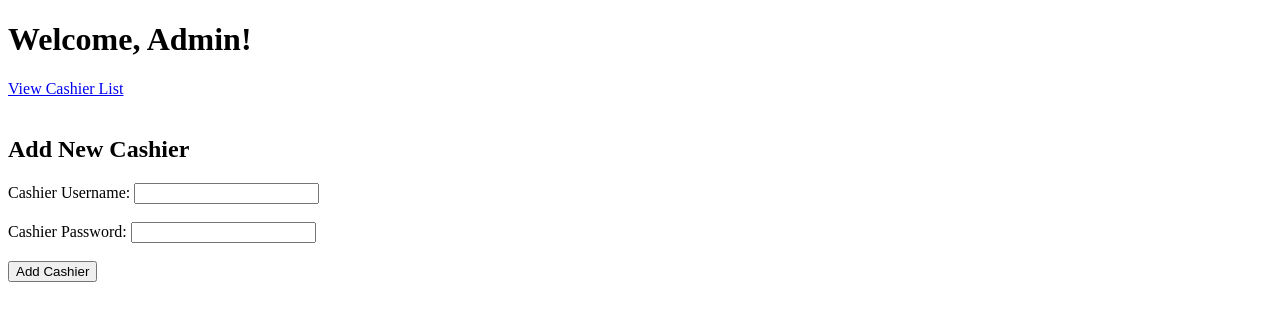
Repository: coder-jeshwanth/Billing_Management_System
Page: http://localhost/Bill_Management_System/adminDashboard.jsp
The author's editor kept a copy of each file at every save. The page is drawn from the files as they stood at one save, then again after the next save.
The browser window is 1280 px wide. The pictures show the whole page.
The page is served by Tomcat 9.

Above is the page before, as saved 2024-12-19 08:32:12.

After the next save:
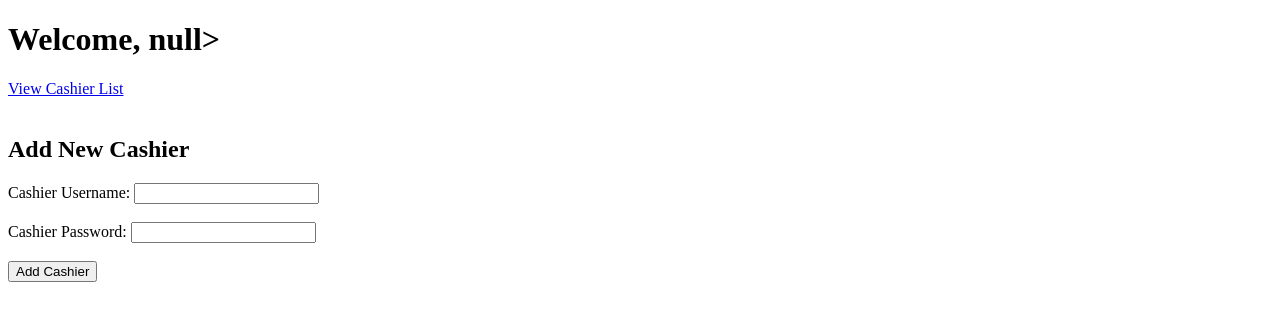
Saved 39 s later.
--- a/Bill_Management_System/src/main/webapp/adminDashboard.jsp
+++ b/Bill_Management_System/src/main/webapp/adminDashboard.jsp
@@ -7,7 +7,7 @@
 <body>
 
 <% String username = (String)request.getAttribute("username"); %>
-    <h1>Welcome, Admin!</h1>
+    <h1>Welcome, <%= username %>></h1>
     <a href="CashierServlet">View Cashier List</a><br><br>
 
     <h2>Add New Cashier</h2>
